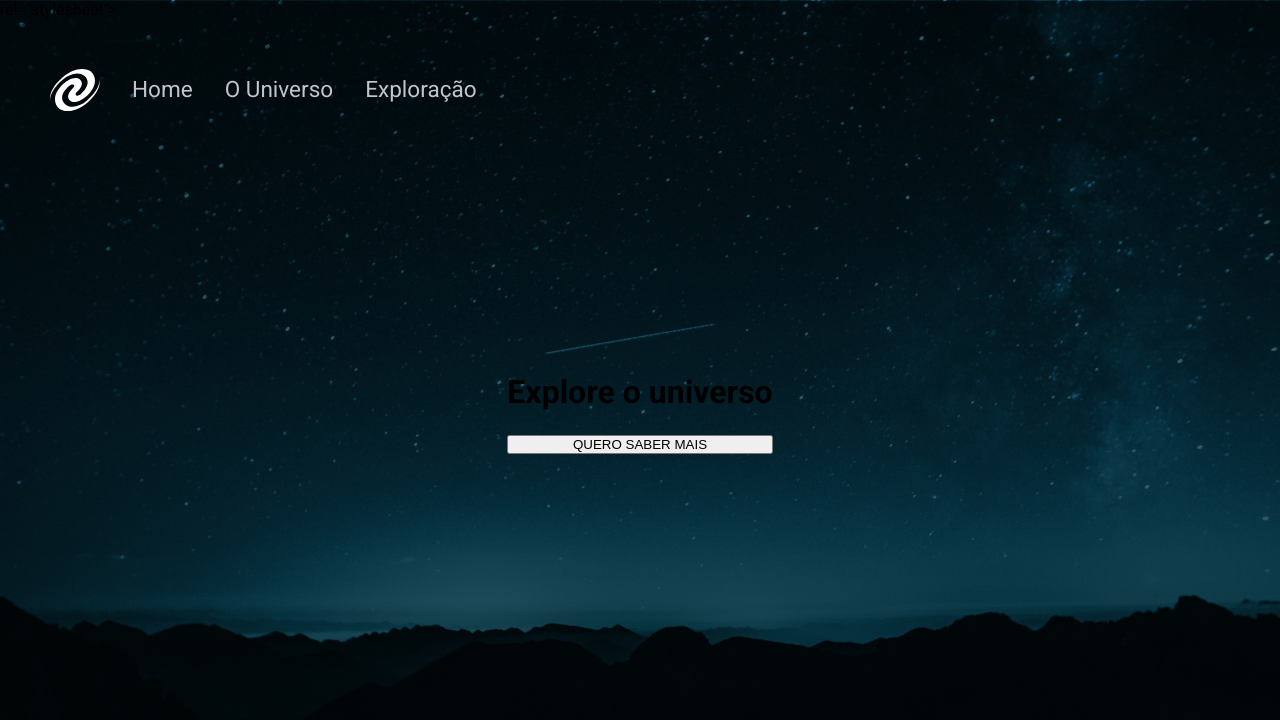
Repository: eltonneiferson/spaUniverse
Page: index.html
The author's editor kept a copy of each file at every save. The page is drawn from the files as they stood at one save, then again after the next save.
The browser window is 1280 px wide. The pictures show the whole page.

Above is the page before, as saved 2022-10-26 22:20:43.

After the next save:
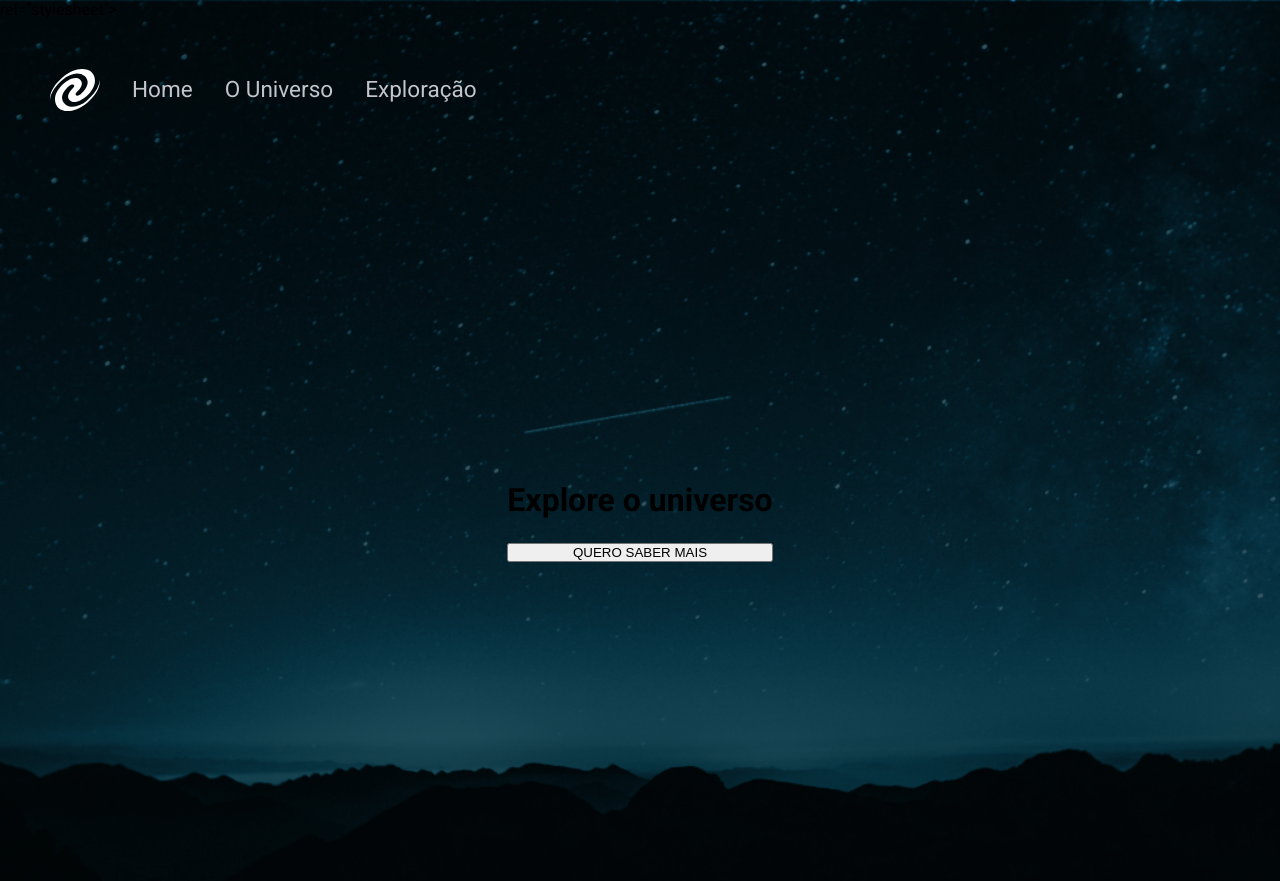
Saved 16 s later.
--- a/stylle.css
+++ b/stylle.css
@@ -39,7 +39,7 @@ nav a:hover {
 }
 
 main {
-    min-height: 70vh;
+    min-height: 100vh;
     display: grid;
     place-content: center;
     gap: 24px;
